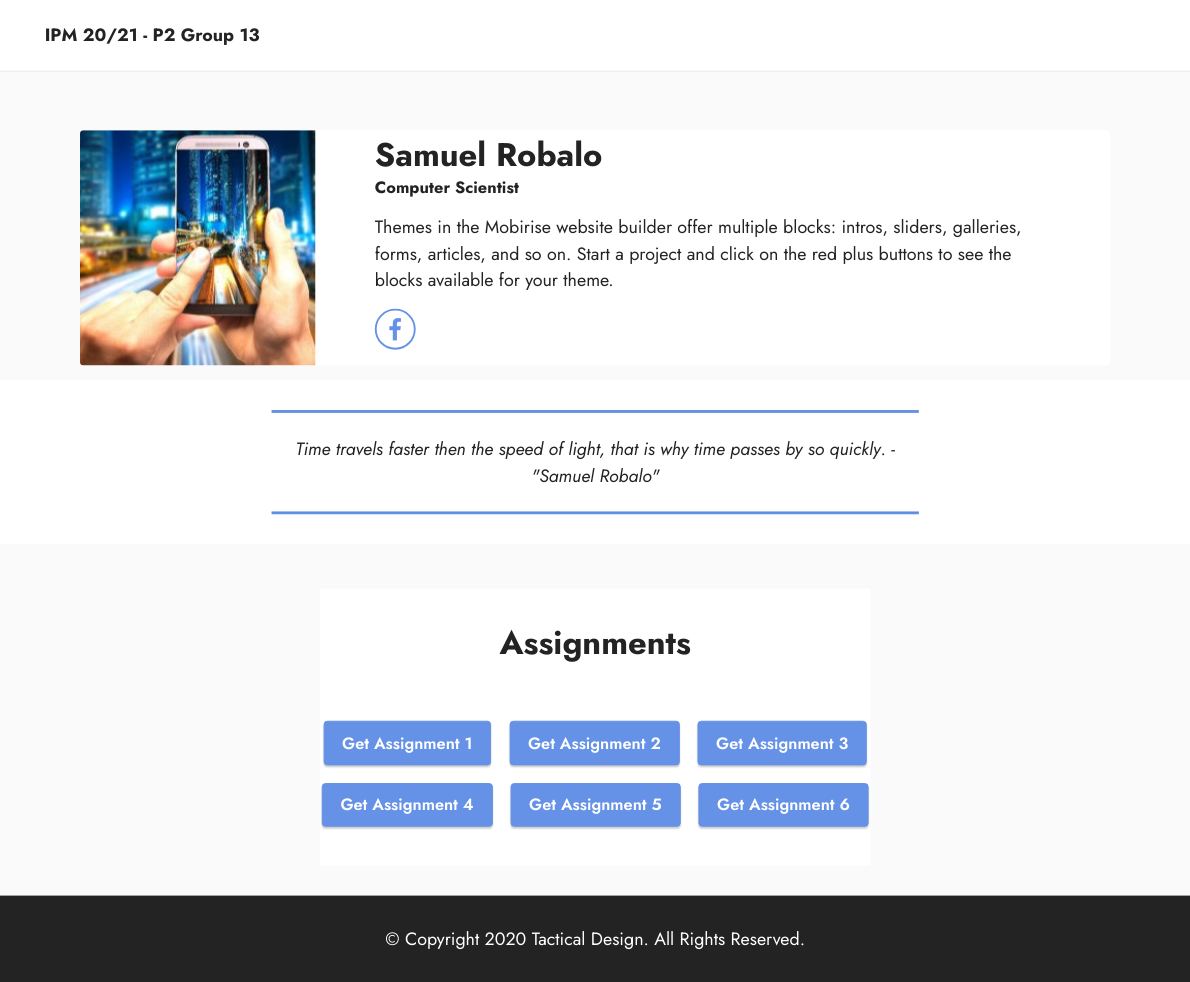
Repository: denisov93/tacticaldesign
Page: page2.html
An editor plug-in stored every save of this project. The page is shown before and after the next save, followed by the edit.
The browser window is 1280 px wide. The pictures show the whole page, at 93% of full size.

Above is the page before, as saved 2020-09-25 19:01:13.

### page2.html
<!DOCTYPE html>
<html  >
<head>
  <!-- Site made with Mobirise Website Builder v5.1.4, https://mobirise.com -->
  <meta charset="UTF-8">
  <meta http-equiv="X-UA-Compatible" content="IE=edge">
  <meta name="generator" content="Mobirise v5.1.4, mobirise.com">
  <meta name="viewport" content="width=device-width, initial-scale=1, minimum-scale=1">
  <link rel="shortcut icon" href="assets/images/fct-unl-1-700x121.png" type="image/x-icon">
  <meta name="description" content="">


  <title>About 44592</title>
  <link rel="stylesheet" href="assets/tether/tether.min.css">
  <link rel="stylesheet" href="assets/bootstrap/css/bootstrap.min.css">
  <link rel="stylesheet" href="assets/bootstrap/css/bootstrap-grid.min.css">
  <link rel="stylesheet" href="assets/bootstrap/css/bootstrap-reboot.min.css">
  <link rel="stylesheet" href="assets/dropdown/css/style.css">
  <link rel="stylesheet" href="assets/socicon/css/styles.css">
  <link rel="stylesheet" href="assets/theme/css/style.css">
  <link rel="preload" as="style" href="assets/mobirise/css/mbr-additional.css"><link rel="stylesheet" href="assets/mobirise/css/mbr-additional.css" type="text/css">




</head>
<body>

    <section class="menu cid-s48OLK6784" once="menu" id="menu1-k">

      <nav class="navbar navbar-dropdown navbar-fixed-top navbar-expand-lg">
          <div class="container-fluid">
              <div class="navbar-brand">

                  <span class="navbar-caption-wrap"><a class="navbar-caption text-black display-7" href="https://mobiri.se">IPM 20/21 - P2 Group 13</a></span>
              </div>
              <button class="navbar-toggler" type="button" data-toggle="collapse" data-target="#navbarSupportedContent" aria-controls="navbarNavAltMarkup" aria-expanded="false" aria-label="Toggle navigation">
                  <div class="hamburger">
                      <span></span>
                      <span></span>
                      <span></span>
                      <span></span>
                  </div>
              </button>
              <div class="collapse navbar-collapse" id="navbarSupportedContent">
                  <ul class="navbar-nav nav-dropdown nav-right" data-app-modern-menu="true"><li class="nav-item"><a class="nav-link link text-black text-primary display-7" href="index.html">Back to Main Page</a></li></ul>


              </div>
          </div>
      </nav>

  </section>

  <section class="team2 cid-sbrg7hMvkK" xmlns="http://www.w3.org/1999/html" id="team2-10">


      <div class="container">
          <div class="card">
              <div class="card-wrapper">
                  <div class="row align-items-center">
                      <div class="col-12 col-md-3">
                          <div class="image-wrapper">
                              <img src="assets/images/mbr-506x285.jpeg" alt="Mobirise">
                          </div>
                      </div>
                      <div class="col-12 col-md">
                          <div class="card-box">
                              <h5 class="card-title mbr-fonts-style m-0 display-5">
                                  <strong>Samuel Robalo</strong></h5>
                              <h6 class="card-subtitle mbr-fonts-style mb-3 display-4"><strong>Computer Scientist</strong></h6>
                              <p class="mbr-text mbr-fonts-style display-7">
                                  Themes in the Mobirise website builder offer multiple blocks: intros, sliders,
                                  galleries, forms, articles, and so on. Start a project and click on the red plus buttons
                                  to see the blocks available for your theme.
                              </p>
                              <div class="social-row display-7">
                                  <div class="soc-item">
                                      <a href="https://www.facebook.com/Mobirise/" target="_blank">
                                          <span class="mbr-iconfont socicon socicon-facebook"></span>
                                      </a>
                                  </div>




                              </div>
                          </div>
                      </div>
                  </div>
              </div>
          </div>


      </div>
  </section>

  <section class="content6 cid-sbrxQp1clU" id="content6-19">

      <div class="container-fluid">
          <div class="row justify-content-center">
              <div class="col-md-12 col-lg-7">
                  <hr class="line">
                  <p class="mbr-text align-center mbr-fonts-style my-4 display-7"><em>Time travels faster then the speed of light, that is why time passes by so quickly</em>. -<em>"Samuel Robalo"</em></p>
                  <hr class="line">
              </div>
          </div>
      </div>
  </section>

  <section class="pricing2 cid-sbryg0oYzd" id="pricing2-1b">



      <div class="container-fluid">
          <div class="row justify-content-center">
              <div class="col-12 col-md-6 align-center">
                  <div class="plan">
                      <div class="plan-header">
                          <h6 class="plan-title mbr-fonts-style mb-3 display-5">
                              <strong>Assignments</strong></h6>
                          <div class="plan-price">
                              <p class="price mbr-fonts-style m-0 display-7"></p>
                              <p class="price-term mbr-fonts-style mb-3 display-7"></p>
                          </div>
                      </div>
                      <div class="plan-body">
                          <div class="plan-list mb-4">
                              <ul class="list-group mbr-fonts-style list-group-flush display-7"></ul>
                          </div>
                          <div class="mbr-section-btn text-center"><a href="https://mobiri.se" class="btn btn-primary display-4">Get Assignment 1</a> <a href="https://mobiri.se" class="btn btn-primary display-4">Get Assignment 2</a> <a href="https://mobiri.se" class="btn btn-primary display-4">Get Assignment 3</a> <a href="https://mobiri.se" class="btn btn-primary display-4">Get Assignment 4<br></a> <a href="https://mobiri.se" class="btn btn-primary display-4">Get Assignment 5<br></a> <a href="https://mobiri.se" class="btn btn-primary display-4">Get Assignment 6<br></a></div>
                      </div>
                  </div>
              </div>



          </div>
      </div>
  </section>

  <section class="footer3 cid-s48P1Icc8J" once="footers" id="footer3-l">
      <div class="container">
          <div class="media-container-row align-center mbr-white">
              <div class="row row-copirayt">
                  <p class="mbr-text mb-0 mbr-fonts-style mbr-white align-center display-7">
                      © Copyright 2020 Tactical Design. All Rights Reserved.
                  </p>
              </div>
          </div>
      </div>
  </section>
  </body>
</html>

### assets/dropdown/css/style.css
.navbar-dropdown {
  left: 0;
  padding: 0;
  position: absolute;
  right: 0;
  top: 0;
  transition: all 0.45s ease;
  z-index: 1030;
  background: #282828; }
  .navbar-dropdown .navbar-logo {
    margin-right: 0.8rem;
    transition: margin 0.3s ease-in-out;
    vertical-align: middle; }
    .navbar-dropdown .navbar-logo img {
      height: 3.125rem;
      transition: all 0.3s ease-in-out; }
    .navbar-dropdown .navbar-logo.mbr-iconfont {
      font-size: 3.125rem;
      line-height: 3.125rem; }
  .navbar-dropdown .navbar-caption {
    font-weight: 700;
    white-space: normal;
    vertical-align: -4px;
    line-height: 3.125rem !important; }
    .navbar-dropdown .navbar-caption, .navbar-dropdown .navbar-caption:hover {
      color: inherit;
      text-decoration: none; }
  .navbar-dropdown .mbr-iconfont + .navbar-caption {
    vertical-align: -1px; }
  .navbar-dropdown.navbar-fixed-top {
    position: fixed; }
  .navbar-dropdown .navbar-brand span {
    vertical-align: -4px; }
  .navbar-dropdown.bg-color.transparent {
    background: none; }
  .navbar-dropdown.navbar-short .navbar-brand {
    padding: 0.625rem 0; }
    .navbar-dropdown.navbar-short .navbar-brand span {
      vertical-align: -1px; }
  .navbar-dropdown.navbar-short .navbar-caption {
    line-height: 2.375rem !important;
    vertical-align: -2px; }
  .navbar-dropdown.navbar-short .navbar-logo {
    margin-right: 0.5rem; }
    .navbar-dropdown.navbar-short .navbar-logo img {
      height: 2.375rem; }
    .navbar-dropdown.navbar-short .navbar-logo.mbr-iconfont {
      font-size: 2.375rem;
      line-height: 2.375rem; }
  .navbar-dropdown.navbar-short .mbr-table-cell {
    height: 3.625rem; }
  .navbar-dropdown .navbar-close {
    left: 0.6875rem;
    position: fixed;
    top: 0.75rem;
    z-index: 1000; }
  .navbar-dropdown .hamburger-icon {
    content: "";
    display: inline-block;
    vertical-align: middle;
    width: 16px;
    -webkit-box-shadow: 0 -6px 0 1px #282828,0 0 0 1px #282828,0 6px 0 1px #282828;
    -moz-box-shadow: 0 -6px 0 1px #282828,0 0 0 1px #282828,0 6px 0 1px #282828;
    box-shadow: 0 -6px 0 1px #282828,0 0 0 1px #282828,0 6px 0 1px #282828; }

.dropdown-menu .dropdown-toggle[data-toggle="dropdown-submenu"]::after {
  border-bottom: 0.35em solid transparent;
  border-left: 0.35em solid;
  border-right: 0;
  border-top: 0.35em solid transparent;
  margin-left: 0.3rem; }

.dropdown-menu .dropdown-item:focus {
  outline: 0; }

.nav-dropdown {
  font-size: 0.75rem;
  font-weight: 500;
  height: auto !important; }
  .nav-dropdown .nav-btn {
    padding-left: 1rem; }
  .nav-dropdown .link {
    margin: .667em 1.667em;
    font-weight: 500;
    padding: 0;
    transition: color .2s ease-in-out; }
    .nav-dropdown .link.dropdown-toggle {
      margin-right: 2.583em; }
      .nav-dropdown .link.dropdown-toggle::after {
        margin-left: .25rem;
        border-top: 0.35em solid;
        border-right: 0.35em solid transparent;
        border-left: 0.35em solid transparent;
        border-bottom: 0; }
      .nav-dropdown .link.dropdown-toggle[aria-expanded="true"] {
        margin: 0;
        padding: 0.667em 3.263em  0.667em 1.667em; }
  .nav-dropdown .link::after,
  .nav-dropdown .dropdown-item::after {
    color: inherit; }
  .nav-dropdown .btn {
    font-size: 0.75rem;
    font-weight: 700;
    letter-spacing: 0;
    margin-bottom: 0;
    padding-left: 1.25rem;
    padding-right: 1.25rem; }
  .nav-dropdown .dropdown-menu {
    border-radius: 0;
    border: 0;
    left: 0;
    margin: 0;
    padding-bottom: 1.25rem;
    padding-top: 1.25rem;
    position: relative; }
  .nav-dropdown .dropdown-submenu {
    margin-left: 0.125rem;
    top: 0; }
  .nav-dropdown .dropdown-item {
    font-weight: 500;
    line-height: 2;
    padding: 0.3846em 4.615em 0.3846em 1.5385em;
    position: relative;
    transition: color .2s ease-in-out, background-color .2s ease-in-out; }
    .nav-dropdown .dropdown-item::after {
      margin-top: -0.3077em;
      position: absolute;
      right: 1.1538em;
      top: 50%; }
    .nav-dropdown .dropdown-item:focus, .nav-dropdown .dropdown-item:hover {
      background: none; }

@media (max-width: 767px) {
  .nav-dropdown.navbar-toggleable-sm {
    bottom: 0;
    display: none;
    left: 0;
    overflow-x: hidden;
    position: fixed;
    top: 0;
    transform: translateX(-100%);
    -ms-transform: translateX(-100%);
    -webkit-transform: translateX(-100%);
    width: 18.75rem;
    z-index: 999; } }
.nav-dropdown.navbar-toggleable-xl {
  bottom: 0;
  display: none;
  left: 0;
  overflow-x: hidden;
  position: fixed;
  top: 0;
  transform: translateX(-100%);
  -ms-transform: translateX(-100%);
  -webkit-transform: translateX(-100%);
  width: 18.75rem;
  z-index: 999; }

.nav-dropdown-sm {
  display: block !important;
  overflow-x: hidden;
  overflow: auto;
  padding-top: 3.875rem; }
  .nav-dropdown-sm::after {
    content: "";
    display: block;
    height: 3rem;
    width: 100%; }
  .nav-dropdown-sm.collapse.in ~ .navbar-close {
    display: block !important; }
  .nav-dropdown-sm.collapsing, .nav-dropdown-sm.collapse.in {
    transform: translateX(0);
    -ms-transform: translateX(0);
    -webkit-transform: translateX(0);
    transition: all 0.25s ease-out;
    -webkit-transition: all 0.25s ease-out;
    background: #282828; }
  .nav-dropdown-sm.collapsing[aria-expanded="false"] {
    transform: translateX(-100%);
    -ms-transform: translateX(-100%);
    -webkit-transform: translateX(-100%); }
  .nav-dropdown-sm .nav-item {
    display: block;
    margin-left: 0 !important;
    padding-left: 0; }
  .nav-dropdown-sm .link,
  .nav-dropdown-sm .dropdown-item {
    border-top: 1px dotted rgba(255, 255, 255, 0.1);
    font-size: 0.8125rem;
    line-height: 1.6;
    margin: 0 !important;
    padding: 0.875rem 2.4rem 0.875rem 1.5625rem !important;
    position: relative;
    white-space: normal; }
    .nav-dropdown-sm .link:focus, .nav-dropdown-sm .link:hover,
    .nav-dropdown-sm .dropdown-item:focus,
    .nav-dropdown-sm .dropdown-item:hover {
      background: rgba(0, 0, 0, 0.2) !important;
      color: #c0a375; }
  .nav-dropdown-sm .nav-btn {
    position: relative;
    padding: 1.5625rem 1.5625rem 0 1.5625rem; }
    .nav-dropdown-sm .nav-btn::before {
      border-top: 1px dotted rgba(255, 255, 255, 0.1);
      content: "";
      left: 0;
      position: absolute;
      top: 0;
      width: 100%; }
    .nav-dropdown-sm .nav-btn + .nav-btn {
      padding-top: 0.625rem; }
      .nav-dropdown-sm .nav-btn + .nav-btn::before {
        display: none; }
  .nav-dropdown-sm .btn {
    padding: 0.625rem 0; }
  .nav-dropdown-sm .dropdown-toggle[data-toggle="dropdown-submenu"]::after {
    margin-left: .25rem;
    border-top: 0.35em solid;
    border-right: 0.35em solid transparent;
    border-left: 0.35em solid transparent;
    border-bottom: 0; }
  .nav-dropdown-sm .dropdown-toggle[data-toggle="dropdown-submenu"][aria-expanded="true"]::after {
    border-top: 0;
    border-right: 0.35em solid transparent;
    border-left: 0.35em solid transparent;
    border-bottom: 0.35em solid; }
  .nav-dropdown-sm .dropdown-menu {
    margin: 0;
    padding: 0;
    position: relative;
    top: 0;
    left: 0;
    width: 100%;
    border: 0;
    float: none;
    border-radius: 0;
    background: none; }
  .nav-dropdown-sm .dropdown-submenu {
    left: 100%;
    margin-left: 0.125rem;
    margin-top: -1.25rem;
    top: 0; }

.navbar-toggleable-sm .nav-dropdown .dropdown-menu {
  position: absolute; }

.navbar-toggleable-sm .nav-dropdown .dropdown-submenu {
  left: 100%;
  margin-left: 0.125rem;
  margin-top: -1.25rem;
  top: 0; }

.navbar-toggleable-sm.opened .nav-dropdown .dropdown-menu {
  position: relative; }

.navbar-toggleable-sm.opened .nav-dropdown .dropdown-submenu {
  left: 0;
  margin-left: 00rem;
  margin-top: 0rem;
  top: 0; }

.is-builder .nav-dropdown.collapsing {
  transition: none !important; }

/*# sourceMappingURL=style.css.map */

Loaded but not shown: assets/tether/tether.min.css (common file); assets/bootstrap/css/bootstrap.min.css (library); assets/bootstrap/css/bootstrap-grid.min.css (library); assets/bootstrap/css/bootstrap-reboot.min.css (library); assets/mobirise/css/mbr-additional.css (3951 lines, source omitted); assets/socicon/css/styles.css (933 lines, source omitted); assets/theme/css/style.css (958 lines, source omitted)

After the next save:
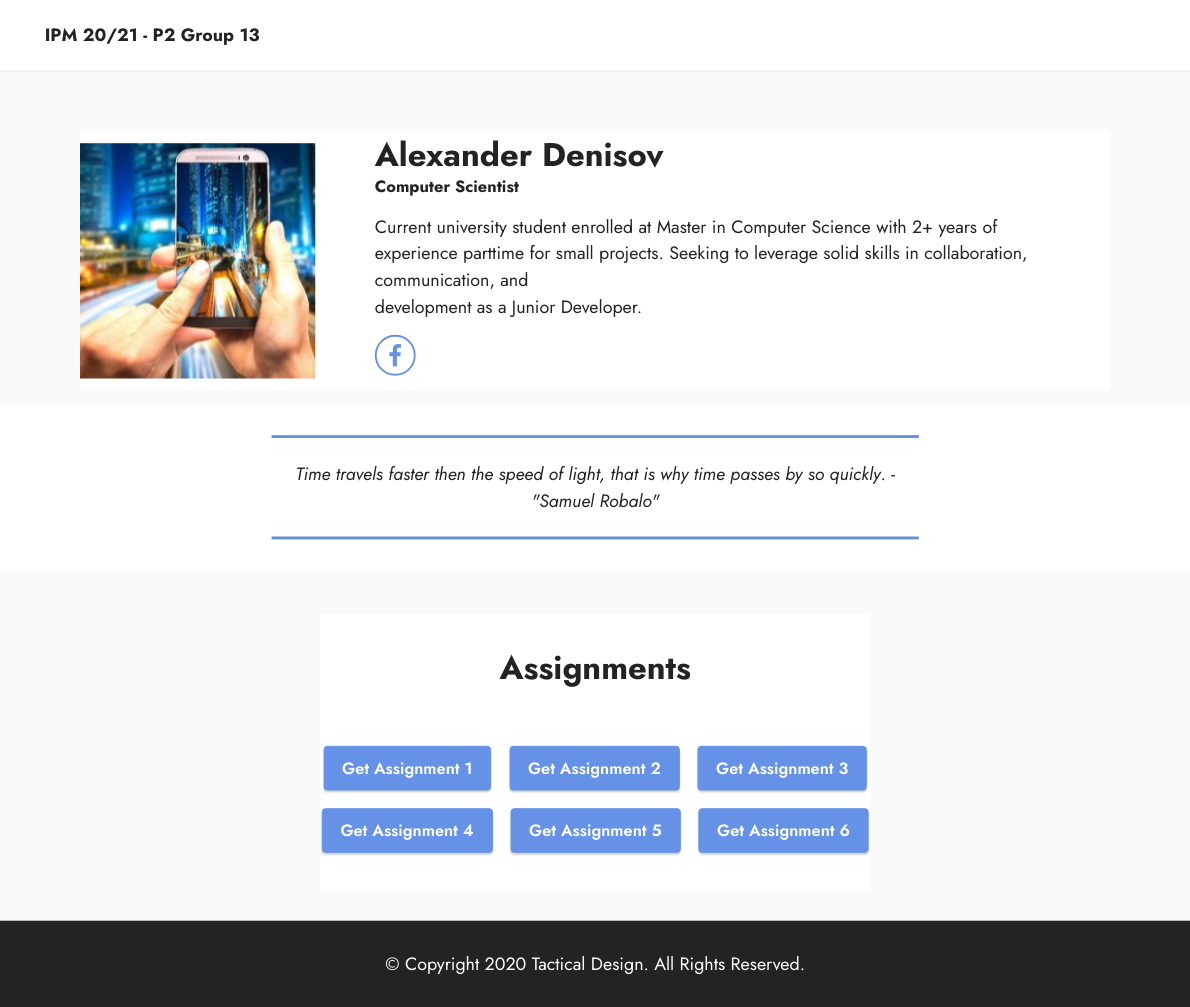
Saved 73 s later.
--- a/page2.html
+++ b/page2.html
@@ -67,12 +67,11 @@
                       <div class="col-12 col-md">
                           <div class="card-box">
                               <h5 class="card-title mbr-fonts-style m-0 display-5">
-                                  <strong>Samuel Robalo</strong></h5>
+                                  <strong>Alexander Denisov</strong></h5>
                               <h6 class="card-subtitle mbr-fonts-style mb-3 display-4"><strong>Computer Scientist</strong></h6>
                               <p class="mbr-text mbr-fonts-style display-7">
-                                  Themes in the Mobirise website builder offer multiple blocks: intros, sliders,
-                                  galleries, forms, articles, and so on. Start a project and click on the red plus buttons
-                                  to see the blocks available for your theme.
+                                Current university student enrolled at Master in Computer Science with 2+ years of experience parttime for small projects. Seeking to leverage solid skills in collaboration, communication, and
+                                <br>development as a Junior Developer.
                               </p>
                               <div class="social-row display-7">
                                   <div class="soc-item">
